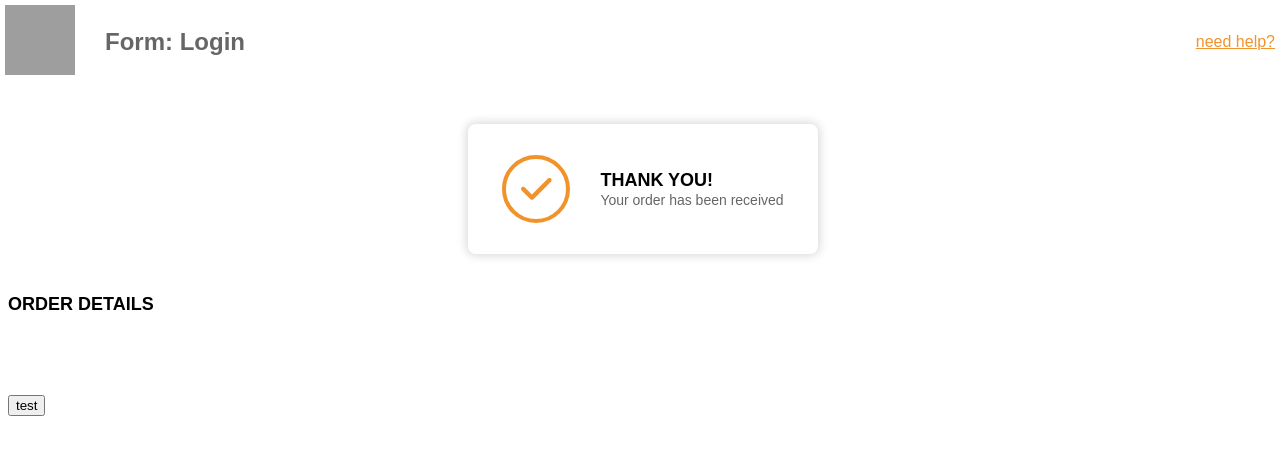
Repository: NguyenDucHung20002/project-homev1
Page: checkout/checkout.html
These files come from the project's save history. The page is drawn as it stood at one moment and after the next save; the edit follows.
The browser window is 1280 px wide. The pictures show the whole page.
Pictures or frames that could not be fetched are drawn as grey boxes. The style sheet was rebuilt from its Sass, Less or Tailwind sources for each picture, by a compiler version that may differ from the author's.

Above is the page before, as saved 2022-09-20 10:07:36.

### checkout/checkout.html
<!DOCTYPE html>
<html lang="en">

<head>
    <meta charset="UTF-8">
    <meta http-equiv="X-UA-Compatible" content="IE=edge">
    <meta name="viewport" content="width=device-width, initial-scale=1.0">
    <!-- <link rel="stylesheet" href="../reset.css"> -->
    <link rel="stylesheet" href="../fontawesome-free-6.1.2-web/css/all.min.css">
    <link rel="stylesheet" href="../dist/css/checkout.css">
    <title>Document</title>
    <link rel="icon" href="/icon/favicon.png">
</head>

<body>
    <header>
        <div class="header">
            <div class="container">
                <div class="header-right">
                    <a href="../homev1.html"><img
                            src="http://wp.0effortthemes.com/themes/veggie/wp-content/uploads/2016/06/header-v3-logo.png"
                            alt=""></a>
                    <h2 class="name-form">Form: Login</h2>
                </div>
                <div class="header-left">
                    <a href="" class="help">need help?</a>
                </div>
            </div>
        </div>
    </header>

    <div class="content">
        <div class="container">
            <div class="thank-you">
                <i class="fa-solid fa-check"></i>
                <div class="title">
                    <span><strong>THANK YOU!</strong></span><br>
                    <span>Your order has been received</span>
                </div>
            </div>
            <span class="title-order-details"><strong>ORDER DETAILS</strong></span>
            <div class="order-details">

            </div>
        </div>
        <button class="btn-test">test</button>
    </div>

</body>

<script src="https://cdnjs.cloudflare.com/ajax/libs/jquery/3.6.0/jquery.min.js"
    integrity="sha512-894YE6QWD5I59HgZOGReFYm4dnWc1Qt5NtvYSaNcOP+u1T9qYdvdihz0PPSiiqn/+/3e7Jo4EaG7TubfWGUrMQ=="
    crossorigin="anonymous" referrerpolicy="no-referrer"></script>
<script src="./checkout.js"></script>

</html>

### checkout/checkout.js
// $(".btn-checkout").click((e) => {
//   e.preventDefault();
// });

### checkout/checkout.scss
* {
  font-family: "Poppins", sans-serif;
}
body {
  position: relative;
}
.container {
  margin: 0 auto;
  width: 1270px;
}
header {
  width: 100%;
  position: fixed;
  top: 0;
  left: 0;
  z-index: 10000;
  background-color: rgba(#ffffff, 0.8);
  .header {
    .container {
      display: flex;
      align-items: center;
      justify-content: space-between;
      padding: 5px;
      .header-right {
        display: flex;
        justify-content: flex-start;
        align-items: center;
        a {
          img {
            width: 70px;
            height: 70px;
          }
        }
        .name-form {
          color: #666;
          margin-left: 30px;
        }
      }
      .header-left {
        a {
          color: #f0932b;
        }
      }
    }
  }
}
.content {
  .container {
    background-color: #ffffff;
    margin-top: 84px;
    padding: 40px 0px;
    .thank-you {
      display: flex;
      align-items: center;
      justify-content: center;
      width: 350px;
      height: 130px;
      margin: 0 auto;
      border-radius: 8px;
      box-shadow: 0px 0px 10px 2px rgba(0, 0, 0, 0.15);
      i {
        color: #f0932b;
        text-align: center;
        line-height: 60px;
        width: 60px;
        height: 60px;
        border: 4px solid #f0932b;
        border-radius: 50%;
        font-size: 35px;
        font-weight: bold;
        margin-right: 30px;
      }
      .title {
        span {
          font-size: 14px;
          color: #666;
        }
        strong {
          color: black;
          font-size: 18px;
        }
      }
    }
    .title-order-details {
      display: inline-block;
      margin: 40px 0px;
      color: black;
      font-size: 18px;
    }
  }
}

Loaded but not shown: fontawesome-free-6.1.2-web/css/all.min.css (library)

After the next save:
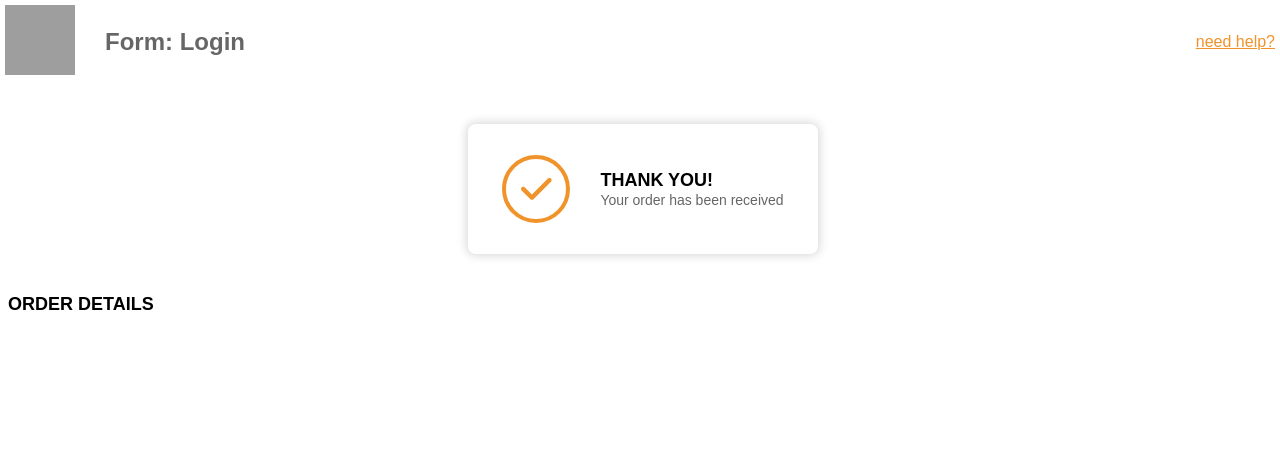
Saved 5 s later.
--- a/checkout/checkout.html
+++ b/checkout/checkout.html
@@ -43,7 +43,6 @@
 
             </div>
         </div>
-        <button class="btn-test">test</button>
     </div>
 
 </body>
